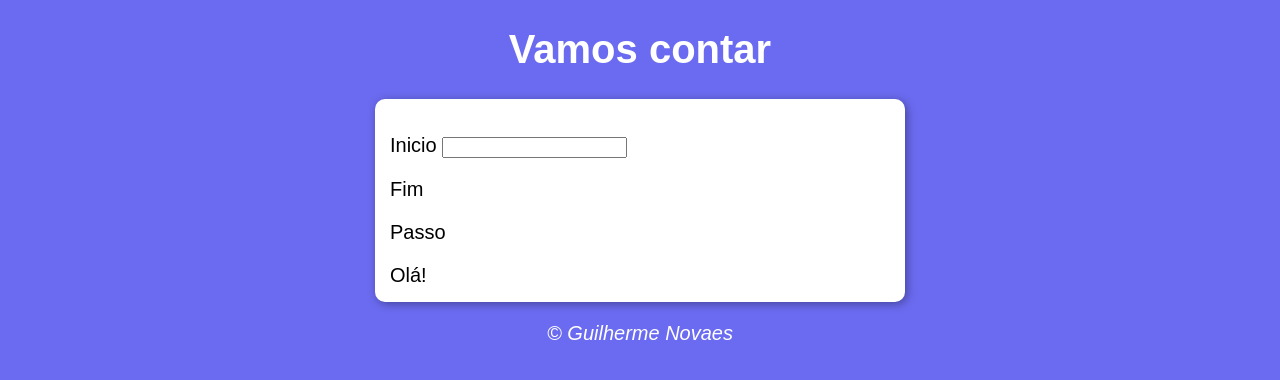
Repository: Guilherme-RNovaes/JavaScript-Curso
Page: Aula 14ex/ex016/index.html
An editor plug-in stored every save of this project. The page is shown before and after a run of saves, followed by the edit.
The browser window is 1280 px wide. The pictures show the whole page.

Above is the page before, as saved 2022-09-07 10:20:44.

### Aula 14ex/ex016/index.html
<!DOCTYPE html>
<html lang="pt-br">
<head>
    <meta charset="UTF-8">
    <meta http-equiv="X-UA-Compatible" content="IE=edge">
    <meta name="viewport" content="width=device-width, initial-scale=1.0">
    <title>Modelo de Exercício</title>
    <link rel="stylesheet" href="src/Style/style.css">
</head>
<body>
    <header>
        <h1>Vamos contar</h1>
    </header>
    <section>
        <div>
            <p>Inicio <input type="number" name="firstn" id="firstn"></p>
            <p>Fim</p>
            <p>Passo</p>
        </div>
        <div>
            Olá!
        </div>
    </section>
    <footer>
        <p>&copy; Guilherme Novaes</p>
    </footer>
    <script src="script.js"></script>
</body>
</html>

### Aula 14ex/ex016/src/Style/style.css
body{
    background-color: rgb(107, 107, 241);
    font: normal 15pt Arial;
}
header {
    color: white;
    text-align: center;
}

section{
    background-color: white;
    border-radius: 10px;
    padding: 15px;
    width: 500px;
    margin: auto;
    box-shadow: 2px 2px 10px rgba(0, 0, 0, 0.36);
}

footer{
    color: white;
    text-align: center;
    font-style: italic;
}

div img{
    width: 250px;
    height: 250px;
    border-radius: 100%;
}

Loaded but not shown: Aula 14ex/ex016/script.js (no copy from this time; the picture is the same without it)

After the next 4 saves:
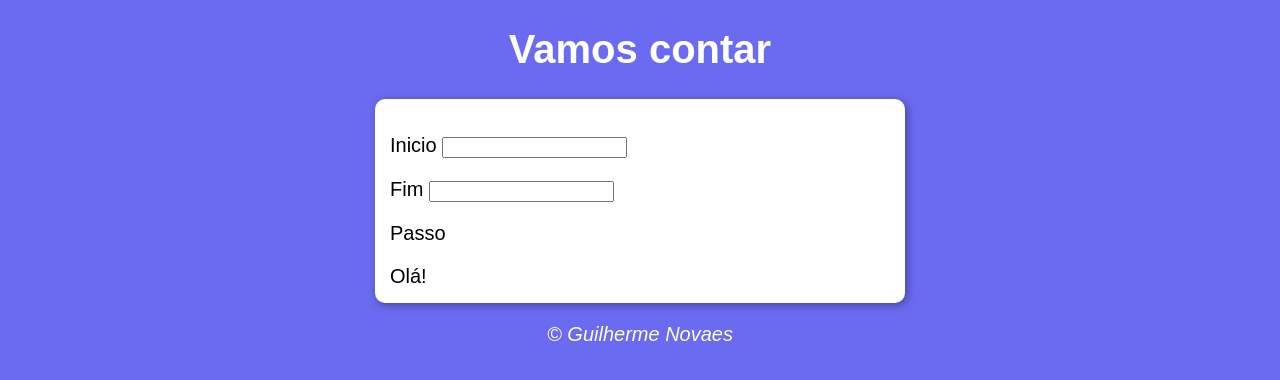
The 4 saves are shown as one change because they came seconds apart.
The last was saved 9 s later.
--- a/Aula 14ex/ex016/index.html
+++ b/Aula 14ex/ex016/index.html
@@ -14,7 +14,7 @@
     <section>
         <div>
             <p>Inicio <input type="number" name="firstn" id="firstn"></p>
-            <p>Fim</p>
+            <p>Fim <input type="number"></p>
             <p>Passo</p>
         </div>
         <div>
